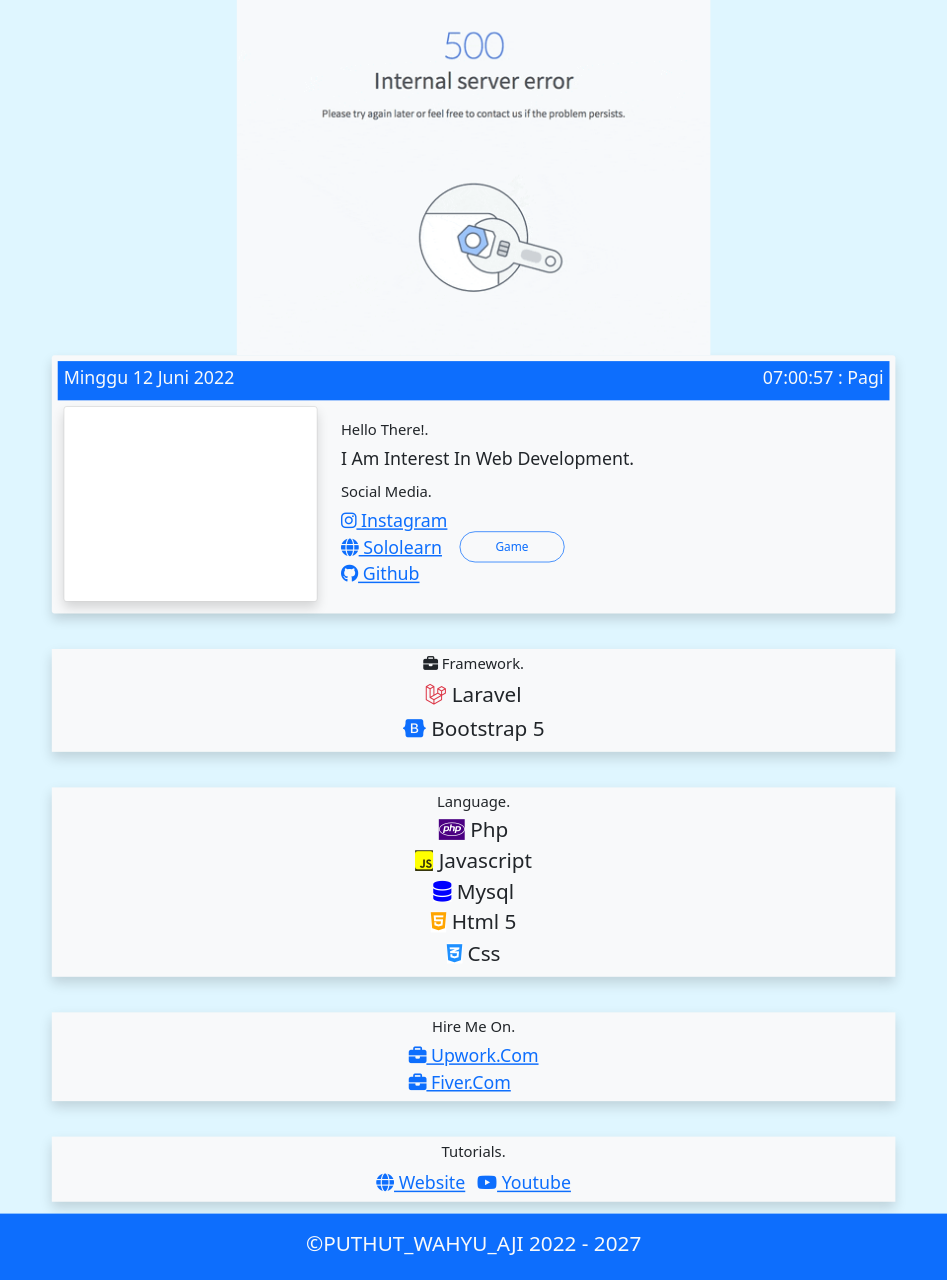
Repository: initer3737/initer3737.github.io
Page: index.html
An editor plug-in stored every save of this project. The page is shown before and after the next save, followed by the edit.
The browser window is 1280 px wide. The pictures show the whole page, at 74% of full size.
Pictures or frames that could not be fetched are drawn as grey boxes. Some web libraries are served in a nearby version.

Above is the page before, as saved 2022-06-12 07:29:28.

### index.html
<!DOCTYPE html>
<html lang="en">
<head>
    <meta charset="UTF-8">
    <meta http-equiv="X-UA-Compatible" content="IE=edge">
    <meta name="viewport" content="width=device-width, initial-scale=1.0">
    <title>puthut wahyu aji</title>
    <link href="https://cdn.jsdelivr.net/npm/bootstrap@5.0.2/dist/css/bootstrap.min.css" rel="stylesheet" integrity="sha384-EVSTQN3/azprG1Anm3QDgpJLIm9Nao0Yz1ztcQTwFspd3yD65VohhpuuCOmLASjC" crossorigin="anonymous">
    <script src="https://kit.fontawesome.com/7bb1ae10af.js" crossorigin="anonymous"></script>

    <link rel="stylesheet" href="css/style.css">
</head>
<body class="bg-1">
    <header class="col-12">

        <img src="img/giphy.gif" class="img-fluid col-12 col-md-6">
    </header>
    <div class="container bg-light shadow rounded  d-flex flex-column gap-4 justify-content-center align-content-center align-items-center p-2">
        <div class="row d-flex align-content-center align-items-center">
            <div class="col-12">
               <div class="bg-primary text-capitalize d-flex justify-content-between">
                <p id="fulldate" class="h4 text-light p-2"></p>
                <p id="jam" class="h4 text-light p-2"></p>
               </div>
            </div>
            <div class="col-10 col-md-5 col-lg-4">
               <div class="card shadow m-2 p-1 position-relative">
                <video src="img/Earth - 4788.mp4" loop muted autoplay class="w-100 rounded-pill py-5 px-2"></video>
                <div class="filter2"></div>
               </div>
            </div>
            <div class="col-10 col-md-9 col-lg-8">
               <h5 class="text-capitalize">Hello there!.</h5>
               <p class="fs-4">
                  i am interest in web development.
               </p>
               <h5 class="text-capitalize">social media.</h5>
               <div class="d-flex flex-row align-content-center align-items-center gap-3">
                <div class="d-flex flex-column fs-4">
                    <a href="https://www.instagram.com/puthutwahyuaji/" target="_blank" class="text-capitalize"><i class="fa-brands fa-instagram"></i> instagram</a>
                    <!-- <a href="https://www.facebook.com/puthut.wahyuaji.94/" target="_blank" class="text-capitalize"><i class="fa-brands fa-facebook"></i> facebook</a>
                    <a href="https://twitter.com/puthut_wahkyu" target="_blank" class="text-capitalize"><i class="fa-brands fa-twitter"></i> twitter</a> -->
                    <a href="https://www.sololearn.com/profile/22926925" target="_blank" class="text-capitalize"><i class="fa-solid fa-globe"></i> sololearn</a>
                    <!-- <a href="https://www.duolingo.com/profile/PUTHUTWAHY" target="_blank" class="text-capitalize"><i class="fa-solid fa-globe"></i> duolingo</a> -->
                    <a href="https://github.com/initer3737" target="_blank" class="text-capitalize"><i class="fa-brands fa-github"></i> github</a>
                </div>
                <div class=""><a href="game.html" class="btn btn-outline-primary rounded-pill px-5 py-2">Game</a></div>
            </div>
            </div>
        </div>
    </div>
    <!-- https://www.fiverr.com/share/lYqN8j -->
    <div class="container bg-light shadow mt-5 d-flex flex-column gap-1 justify-content-center align-content-center align-items-center p-2">
        <h5><i class="fa-solid fa-briefcase"></i> framework.</h5>
            <h3><i class="fa-brands fa-laravel text-danger"></i> laravel</h3>
            <h3><i class="fa-brands fa-bootstrap text-primary"></i> bootstrap 5</h3>
        </div>
    </div>

    <div class="container bg-light shadow mt-5 d-flex flex-column  justify-content-center align-content-center align-items-center p-2">
        <h5>language.</h5>
            <h3><i class="fa-brands fa-php php"></i> php</h3>
            <h3><i class="fa-brands fa-js-square javascript"></i> javascript</h3>
            <h3><i class="fa-solid fa-database mysql"></i> mysql</h3>
            <h3><i class="fa-brands fa-html5 html"></i> html 5</h3>
            <h3><i class="fa-brands fa-css3-alt css"></i> css</h3>
        </div>

        <div class="container bg-light shadow mt-5 d-flex flex-column  justify-content-center align-content-center align-items-center p-2">
            <h5 class="capitalize">Hire me on.</h5>
            <div class="d-flex flex-column fs-4">
                <a href="https://www.upwork.com/workwith/puthutwahyuaji" target="_blank"><i class="fa-solid fa-briefcase"></i> upwork.com</a>
                <a href="https://www.fiverr.com/share/lYqN8j" target="_blank"><i class="fa-solid fa-briefcase"></i> fiver.com</a>
            </div>
            </div>

    </div>

    <div class="container bg-light shadow mt-5 d-flex flex-column gap-1 justify-content-center align-content-center align-items-center p-2">
        <h5>tutorials.</h5>
        <div class="fs-4 d-flex gap-3">
            <a href="https://initer3737.github.io/course/html/pages/course.html" target="_blank"><i class="fa-solid fa-globe"></i> website</a>
            <a href="https://www.youtube.com/channel/UClsfa0LkA3_YMsFjW1M__sw" target="_blank"><i class="fa-brands fa-youtube"></i> youtube</a>
        </div>
    </div>

    <footer class="bg-primary mt-3 p-4 text-light">
        <h3 class="text-center">&copy;PUTHUT_WAHYU_AJI <span id="year"></span></h3>
    </footer>
    <div class="modals-groups">
        <div class="modal fade" id="quotes">
            <div class="modal-dialog modal-dialog-centered">
                <div class="modal-content">
                    <div class="modal-header">
                        <h5 class="modal-title">message</h5>
                        <button class="btn-close" data-bs-dismiss="modal"></button>
                    </div>
                    <div class="modal-body">
                        <blockquote>"
                            manusia memiliki keinginan untuk menjadi kuat
                            sehingga lupa untuk menurunkan bakatnya pada
                            generasi selanjutnya lalu pada akhirnya mereka
                            tak mendapatkan apapun , tak akan ada yang
                            dapat mengingat namanya."
                        </blockquote> <hr>
                        <blockquote>
                            "kau tahu? , meski kau menghargai hidupmu,
                            orang lain begitu mudah menginjak-injaknya."
                            <p class="text-center">
                                -yorichi sugikuni
                            </p>
                        </blockquote>
                    </div>
                </div>
            </div>
        </div>
    </div>
    <script src="https://cdn.jsdelivr.net/npm/bootstrap@5.0.2/dist/js/bootstrap.bundle.min.js" integrity="sha384-MrcW6ZMFYlzcLA8Nl+NtUVF0sA7MsXsP1UyJoMp4YLEuNSfAP+JcXn/tWtIaxVXM" crossorigin="anonymous"></script>
</body>
</html>

<script>
    function Years() {
        $date=new Date();
        let t=document.getElementById('year');
        t.innerHTML=`${$date.getFullYear()} - ${$date.getFullYear()+5}`;
    }
    function Jam(){
        let T=document.getElementById('jam');
        let time=new Date();let hour;let minuets;let second;let statusTime;
        hour=validateTime(time.getHours());minuets=validateTime(time.getMinutes());second=validateTime(time.getSeconds());statusTime=()=>{
            if(hour > 00 &&hour < 11 ){
                status="pagi";
            }else if(hour >11 && hour < 15){
                status="siang";
            }else if(hour > 15 && hour < 18 ){
                status="sore";
            }else{
                status="malam";
            }

            return status;
        };
        T.innerHTML=`${hour}:${minuets}:${second} : ${statusTime()}`;
        setTimeout('Jam()',1000);
    }
    function Tanggal(){
        let t=document.getElementById("fulldate");
        let time=new Date();
        let hari;let bulan;let tanggal;let tahun;let hariAngka=time.getDate();
        tahun=time.getFullYear();bulan=time.getMonth();hari=time.getDay();
        let data={
            hari:["minggu","senin","selasa","rabu","kamis","jum'at","sabtu"],
            bulan:["januari","february","maret","april","mei","juni","juli","agustus","september","oktober","november","desember"]
        };
         t.innerHTML=`${data.hari[hari]}  ${hariAngka}  ${data.bulan[bulan]}  ${tahun}`;
    }
    const validateTime=(T)=>T<10 ?'0'+T:T;

    const initialize=()=>{
                Tanggal();
                Years();
                Jam();
            }

            initialize();
</script>

### css/style.css
*{
    text-transform: capitalize;
   cursor: url(https://ani.cursors-4u.net/cursors/cur-13/cur1162.ani), url(https://ani.cursors-4u.net/cursors/cur-13/cur1162.png), auto !important;
}
body{
    cursor: url('img/cursor.jpeg'),auto;
    /* background-color: #ddd; */
}
a:hover{
    transition:ease-in-out 0.5s;
    color: blueviolet;
    text-decoration: none;
}
.css{
    color: dodgerblue;
    background-color:white ;
}
.html{
    color: orange;
    background-color: white;
}
.mysql{
    background-color:white ;
    color: blue;
}
.javascript{
    background-color:rgb(51, 51, 9) ;
    color: yellow;
}
.php{
    background-color:indigo ;
    color: white;
}
header{
    /* height: 90vh; */
    display: flex;
    align-items: center;
    align-content: center;
    justify-content: center;
}
.filter{
    background-color: dodgerblue;
    opacity: 0.6;
    height: 100%;
    top: 0;
    width: 100%;
    position: absolute;
}
.text-container{
    z-index: 999;
}
.card:hover{
    /* border-color: dodgerblue; */
    background-color: dodgerblue;
    transform: perspective(12px);
    cursor: pointer;
}
.gambar{
    background-image: #000;
}

/*color pallete*/
.color-1{
    color:#DFF6FF;
}
.bg-1{
    background-color:#DFF6FF;
}

.color-2{
    color:#47B5FF;
}
.bg-2{
    background-color:#47B5FF;
}

.color-3{
    color:#1363DF;
}
.bg-3{
    background-color:#1363DF;
}

.color-4{
    color:#06283D;
}
.bg-4{
    background-color:#06283D;
}

After the next save:
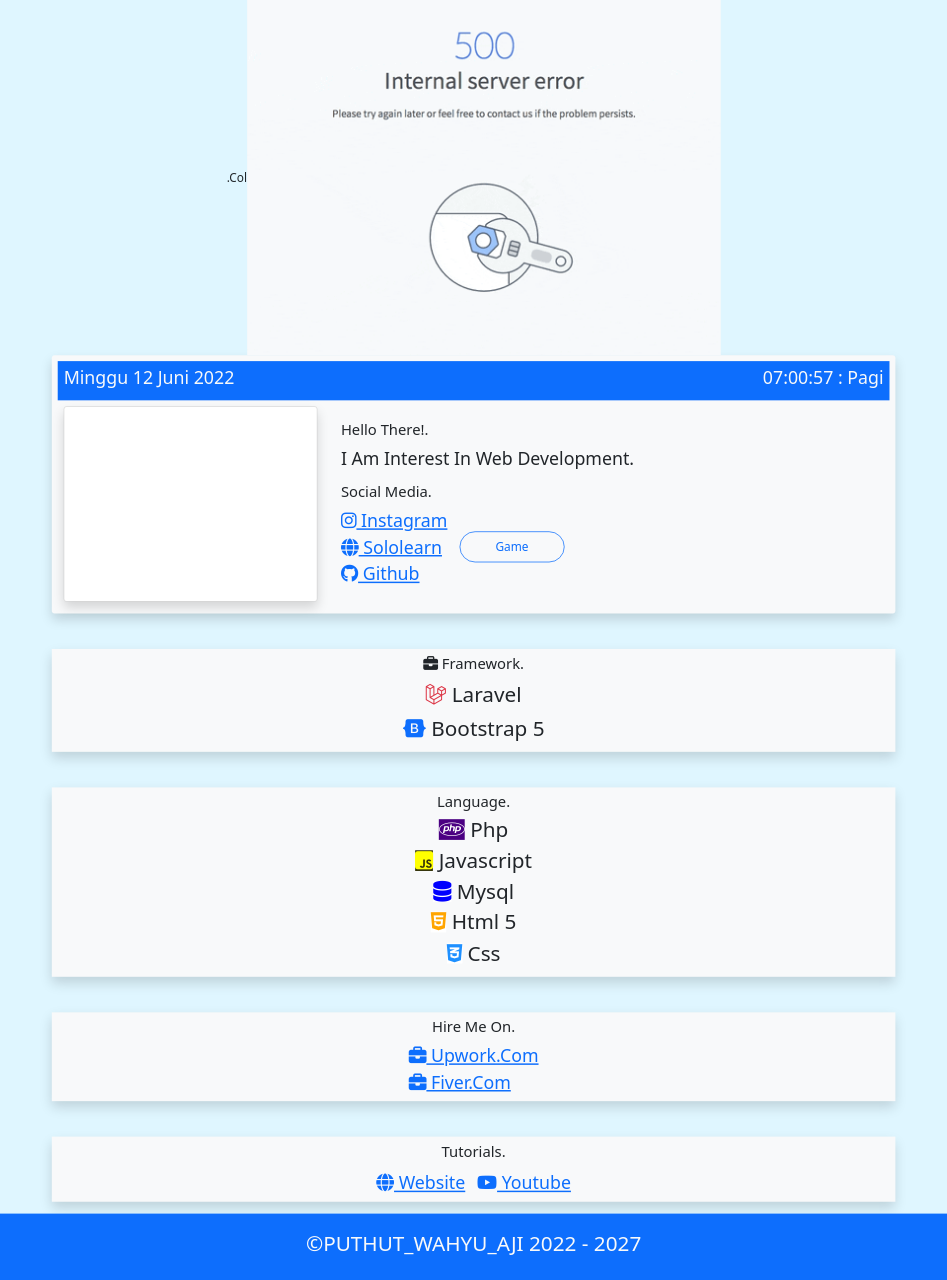
Saved 7 s later.
--- a/index.html
+++ b/index.html
@@ -12,7 +12,7 @@
 </head>
 <body class="bg-1">
     <header class="col-12">
-
+        .col
         <img src="img/giphy.gif" class="img-fluid col-12 col-md-6">
     </header>
     <div class="container bg-light shadow rounded  d-flex flex-column gap-4 justify-content-center align-content-center align-items-center p-2">
